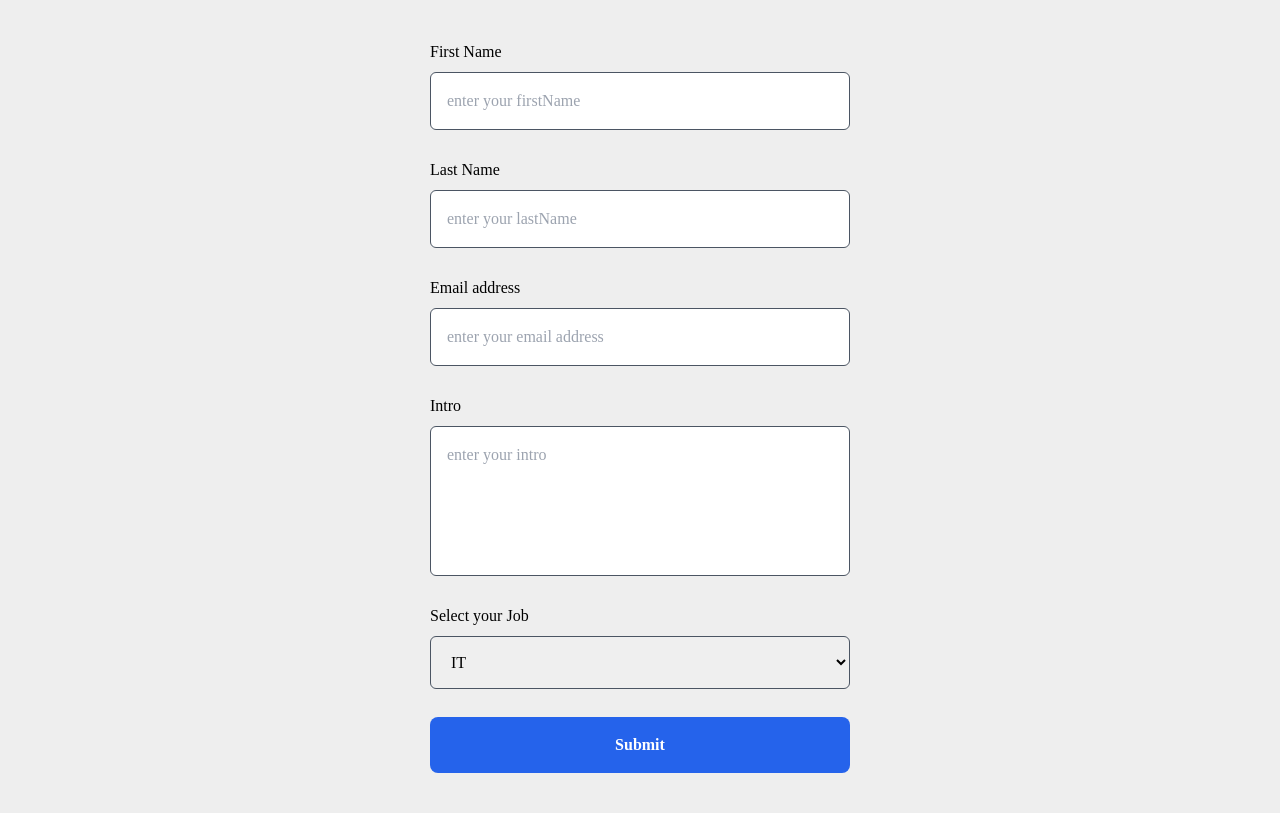
Repository: 16-Doffy/Fe-Khhoahoc
Page: /
An editor plug-in stored every save of this project. The page is shown before and after the next save, followed by the edit.
The browser window is 1280 px wide. The pictures show the whole page.
The project was rebuilt for these pictures with package versions that can differ from the ones it lists, and the page was loaded fresh each time. Also part of the build but not shown: src/App.css.

Above is the page before, as saved 2025-02-11 20:14:55.

### src/index.js
import React from 'react';
import ReactDOM from 'react-dom/client';
import './index.css';
import App from './App';
import reportWebVitals from './reportWebVitals';
import "./index.scss"
const root = ReactDOM.createRoot(document.getElementById('root'));
root.render(
  <React.StrictMode>
    <App />
  </React.StrictMode>
);

// If you want to start measuring performance in your app, pass a function
// to log results (for example: reportWebVitals(console.log))
// or send to an analytics endpoint. Learn more: https://bit.ly/CRA-vitals
reportWebVitals();

### src/App.js
import "./App.css";
import SignUpFormV2Final from "./components/Form/SignUpFormV2Final";


function App() {
  return (
    <div>
      <SignUpFormV2Final />
    </div>
  );
}

export default App;

//<CardList><Card2/>
// const theme = {
//   //wanna change color in the future come here to change
//   colors: {
//     blue: "#2979ff",
//   },
//   orange: "#ffa440",
// };
// {/* <ThemeProvider theme={theme}>
// <CardList>
// <Card2 secondary={true}></Card2>
// <Card2 secondary={false}></Card2>
// <Card2 secondary={true}></Card2>
// <Card2 secondary={false}></Card2>
// <Card2 secondary={true}></Card2>
//  </CardList>
// </ThemeProvider> */}

### src/index.scss
@tailwind base;
@tailwind components;
@tailwind utilities;

@layer base {
    @import url("https://fonts.googleapis.com/css2?family=Poppins:ital,wght@0,100;0,200;0,300;0,400;0,500;0,600;0,700;0,800;0,900;1,100;1,200;1,300;1,400;1,500;1,600;1,700;1,800;1,900&display=swap");
    body{
        font-family: "Poppins", serif;
    }
}
.skeleton {
    background-color: #eee;
    background-image: linear-gradient(110deg, #ececec, 8%,#f5f5f5, 18% , #ececec, 33%);
    border-radius: 5px;
    background-size: 200% 100%;
    animation:  1.5 shine linear infinite;
}
@keyframes shine {
    to {
        background-position-x:-200% ;
    }
}

### src/components/Form/SignUpFormV2Final.js
import React from "react";
import { Formik, Form, Field, ErrorMessage } from "formik";
import * as Yup from "yup";

const SignUpFormV2Final = () => {
  return (
    <Formik
      initialValues={{
        firstName: "",
        lastName: "",
        email: "",
        intro: "",
        job: "",
        terms: false, //check box
      }}
      validationSchema={Yup.object({
        firstName: Yup.string()
          .max(20, "Must be 20 characters or less")
          .required("Required"),
        lastName: Yup.string()
          .max(10, "Must be 10 characters or less")
          .required("Required"),
        email: Yup.string().email("example: guest@gmail.com")
          .required("Required"),
        intro: Yup.string()
          .required("Required"),
        job: Yup.string()
          .required("Required"),
        term: Yup.boolean()

      })}
      onSubmit={(values) => {
        console.log("value", values);
      }}
    >
      <Form className="p-10 w-full max-w-[500px] mx-auto">
        <div className="flex flex-col gap-2 mb-5">
          <label htmlFor="firstName">First Name</label>
          <Field
            name="firstName"
            type="text"
            placeholder="enter your firstName"
            className="p-4 rounded-md border border-gray-600"
          ></Field>
          <div className="text-sm text-red-500">
            <ErrorMessage name="firstName"></ErrorMessage>
          </div>
        </div>

        <div className="flex flex-col gap-2 mb-5">
          <label htmlFor="lastName">Last Name</label>
          <Field
            name="lastName"
            type="text"
            placeholder="enter your lastName"
            className="p-4 rounded-md border border-gray-600"
          ></Field>
          <div className="text-sm text-red-500">
            <ErrorMessage name="lastName"></ErrorMessage>
          </div>
        </div>


        <div className="flex flex-col gap-2 mb-5">
          <label htmlFor="email">Email address</label>
          <Field
            name="email"
            type="text"
            placeholder="enter your email address"
            className="p-4 rounded-md border border-gray-600"
          ></Field>
          <div className="text-sm text-red-500">
            <ErrorMessage name="email"></ErrorMessage>
          </div>
        </div>

        <div className="flex flex-col gap-2 mb-5">
          <label htmlFor="intro">Intro</label>
          <Field
            name="intro"
            type="text"
            placeholder="enter your intro"
            className="p-4 rounded-md border border-gray-600 h-[150px] resize-none"
            as="textarea"
          ></Field>
          <div className="text-sm text-red-500">
            <ErrorMessage name="intro"></ErrorMessage>
          </div>
        </div>

        <div className="flex flex-col gap-2 mb-5">
          <label htmlFor="job">Select your Job</label>
          <Field
            name="job"
            type="job"
            className="p-4 rounded-md border border-gray-600"
            as="select"
          >
            <option value="it">IT</option>
            <option value="doctor">Doctor</option>
            <option value="firehuman">Fire Human</option>
          </Field>
          <div className="text-sm text-red-500">
            <ErrorMessage name="job"></ErrorMessage>
          </div>
        </div>

        <div>
          <button
            type="submit"
            className="w-full p-4 bg-blue-600 text-white font-semibold rounded-lg"
          >
            Submit
          </button>
        </div>
      </Form>
    </Formik>
  );
};

export default SignUpFormV2Final;

### tailwind.config.js
/** @type {import('tailwindcss').Config} */
module.exports = {
  mode: "jit",
  content: ["./src/**/*.{html,js}"],
  theme: {
    extend: {
      backgroundImage: {
        'radiant': `linear-gradient(0.25turn, #3f87a6, #ebf8e1, #f69d3c)`,
        'footer-texture': "url('/img/footer-texture.png')", // Sửa ở đây
        'secondary-radiant': `linear-gradient(#e66465, #9198e5)`,
      },
    },
  },
  plugins: [],
}

Loaded but not shown: public/index.html (common file); src/index.css (common file); src/reportWebVitals.js (common file)

After the next save:
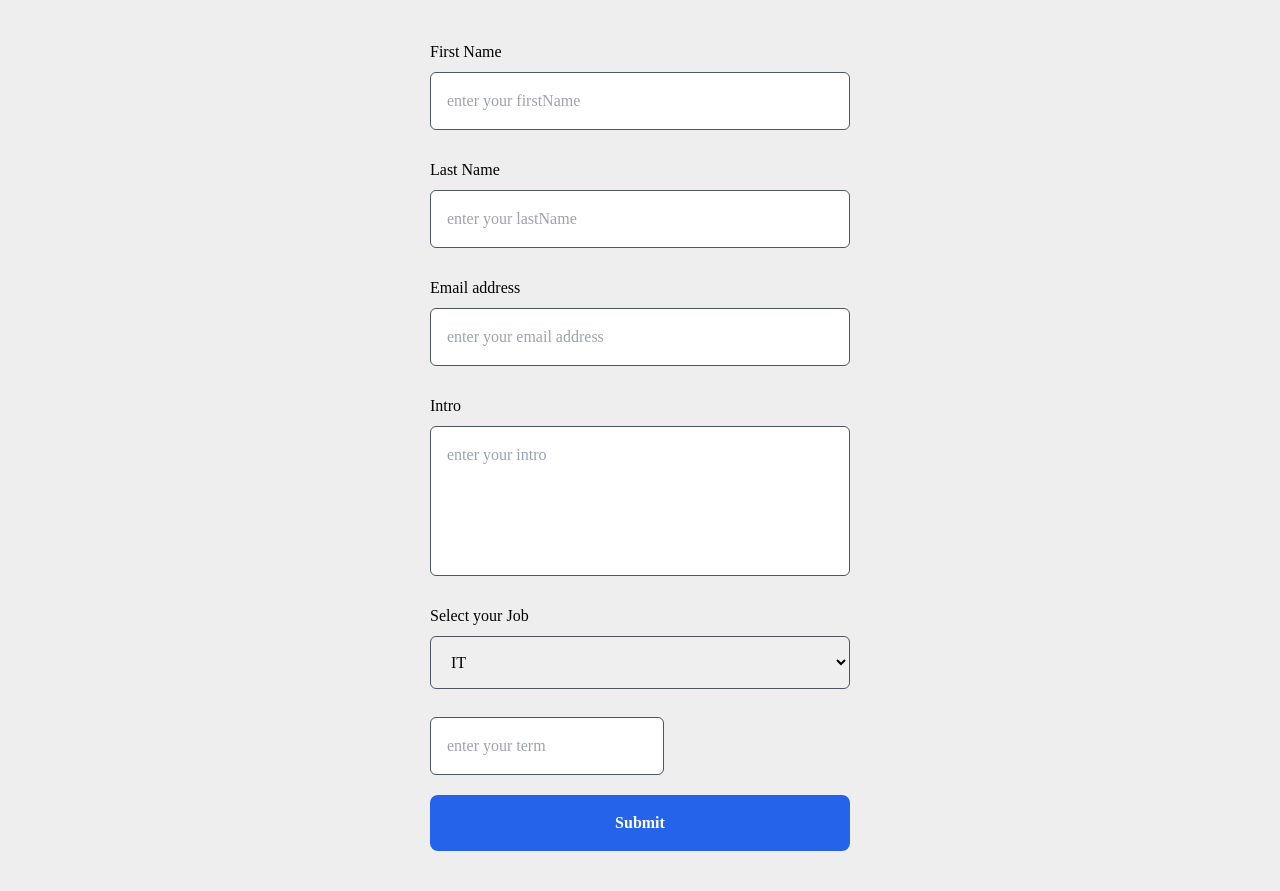
Saved 60 s later.
--- a/src/components/Form/SignUpFormV2Final.js
+++ b/src/components/Form/SignUpFormV2Final.js
@@ -78,7 +78,6 @@ const SignUpFormV2Final = () => {
           <label htmlFor="intro">Intro</label>
           <Field
             name="intro"
-            type="text"
             placeholder="enter your intro"
             className="p-4 rounded-md border border-gray-600 h-[150px] resize-none"
             as="textarea"
@@ -92,7 +91,7 @@ const SignUpFormV2Final = () => {
           <label htmlFor="job">Select your Job</label>
           <Field
             name="job"
-            type="job"
+
             className="p-4 rounded-md border border-gray-600"
             as="select"
           >
@@ -102,6 +101,20 @@ const SignUpFormV2Final = () => {
           </Field>
           <div className="text-sm text-red-500">
             <ErrorMessage name="job"></ErrorMessage>
+          </div>
+        </div>
+
+
+
+        <div className="flex items-center gap-2 mb-5">
+          <Field
+            name="term"
+            type="text"
+            placeholder="enter your term"
+            className="p-4 rounded-md border border-gray-600"
+          ></Field>
+          <div className="text-sm text-red-500">
+            <ErrorMessage name="term"></ErrorMessage>
           </div>
         </div>
 
